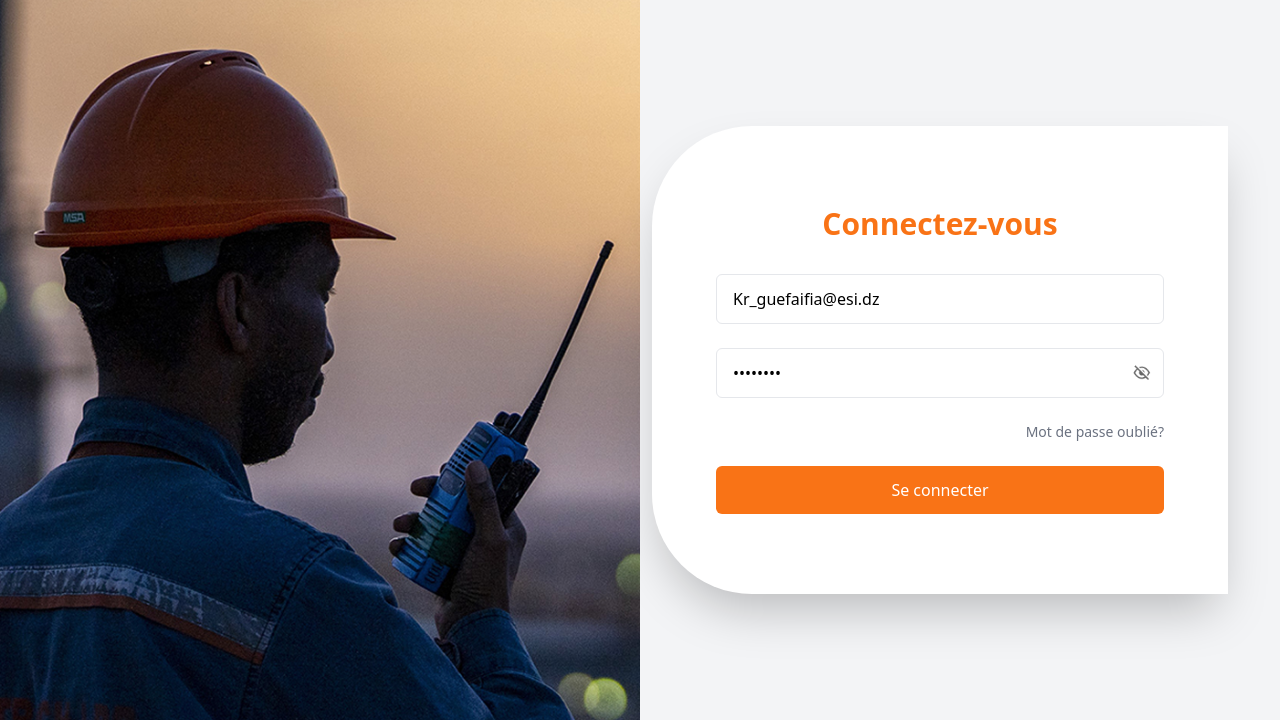
Repository: 123455675848484848484884848484/Projet_2cs
Page: / (app in front/)
These files come from the project's save history. The page is drawn as it stood at one moment and after the next save; the edit follows.
The browser window is 1280 px wide. The pictures show the whole page.
The project was rebuilt for these pictures with package versions that can differ from the ones it lists, and the page was loaded fresh each time. Also part of the build but not shown: front/src/App.css.

Above is the page before, as saved 2025-04-20 12:01:56.

### front/src/App.js

import './App.css';
// App.jsx
import React from "react";
import Login from "./Login"; // Assure-toi que le chemin est correct

function App() {
  return <Login />;
}

export default App;

### front/src/Login.jsx
import React, { useState } from "react";

const Login = () => {
  const [showPassword, setShowPassword] = useState(false);
  const [email, setEmail] = useState("Kr_guefaifia@esi.dz");
  const [error, setError] = useState("");

  const handleSubmit = (e) => {
    e.preventDefault();
    if (!email.includes("@")) {
      setError("L'adresse email doit contenir un '@'");
      return;
    }
    setError("");
    alert("Connexion réussie !");
  };

  return (
    <div className="h-screen w-screen flex bg-gray-100">
      {/* Image à gauche */}
      <div className="w-1/2 h-full">
        <img
          src="/login.png"
          alt="worker"
          className="w-full h-full object-cover"
        />
      </div>

      {/* Formulaire arrondi */}
      <div className="w-1/2 h-full flex items-center justify-center">
      <div className="bg-white rounded-l-[100px] -ml-10 shadow-2xl px-16 py-20 w-full max-w-xl">
                  <h2 className="text-3xl font-bold text-orange-500 mb-8 text-center">
            Connectez-vous
          </h2>

          <form className="space-y-6" onSubmit={handleSubmit}>
            {/* Email */}
            <div>
              <input
                type="email"
                placeholder="Email"
                value={email}
                onChange={(e) => setEmail(e.target.value)}
                className="w-full px-4 py-3 border rounded-md focus:outline-none focus:ring-2 focus:ring-orange-400"
              />
              {error && (
                <p className="text-red-500 text-sm mt-1">{error}</p>
              )}
            </div>

            {/* Mot de passe */}
            <div className="relative">
              <input
                type={showPassword ? "text" : "password"}
                placeholder="Mot de passe"
                defaultValue="password"
                className="w-full px-4 py-3 border rounded-md focus:outline-none focus:ring-2 focus:ring-orange-400"
              />
              <span
                onClick={() => setShowPassword(!showPassword)}
                className="absolute inset-y-0 right-3 flex items-center cursor-pointer"
              >
                {showPassword ? (
                  <span className="text-gray-500 text-lg">👁️</span>
                ) : (
                  <img
                    src="/icon.png"
                    alt="hidden"
                    className="w-5 h-5"
                  />
                )}
              </span>
            </div>

            {/* Mot de passe oublié */}
            <div className="text-right text-sm text-gray-500">
              <a href="#" className="hover:underline">
                Mot de passe oublié?
              </a>
            </div>

            {/* Bouton */}
            <button
              type="submit"
              className="w-full bg-orange-500 hover:bg-orange-600 text-white font-medium py-3 rounded-md transition"
            >
              Se connecter
            </button>
          </form>
        </div>
      </div>
    </div>
  );
};

export default Login;

Loaded but not shown: front/public/index.html (common file); front/src/index.js (common file); front/src/index.css (common file); front/src/reportWebVitals.js (common file); front/tailwind.config.js (common file)

After the next save:
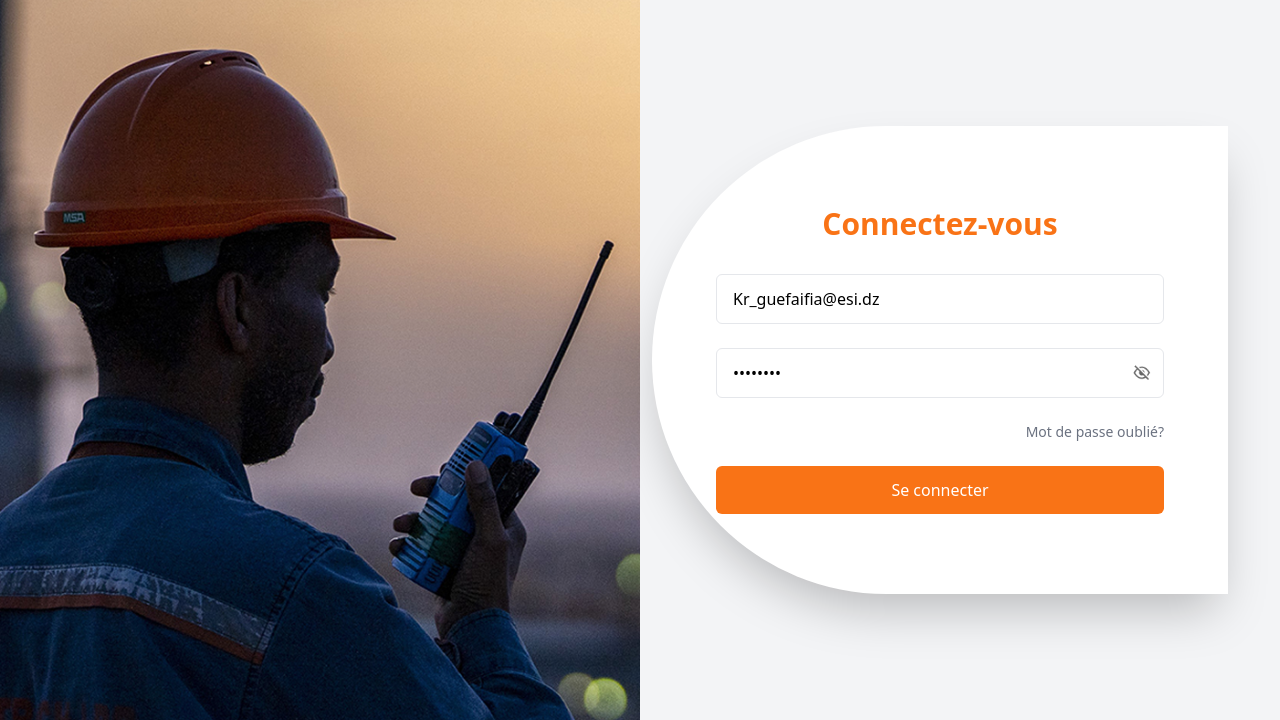
Saved 13 s later.
--- a/front/src/Login.jsx
+++ b/front/src/Login.jsx
@@ -28,7 +28,7 @@
 
       {/* Formulaire arrondi */}
       <div className="w-1/2 h-full flex items-center justify-center">
-      <div className="bg-white rounded-l-[100px] -ml-10 shadow-2xl px-16 py-20 w-full max-w-xl">
+      <div className="bg-white rounded-l-[300px] -ml-10 shadow-2xl px-16 py-20 w-full max-w-xl">
                   <h2 className="text-3xl font-bold text-orange-500 mb-8 text-center">
             Connectez-vous
           </h2>

After the save that followed:
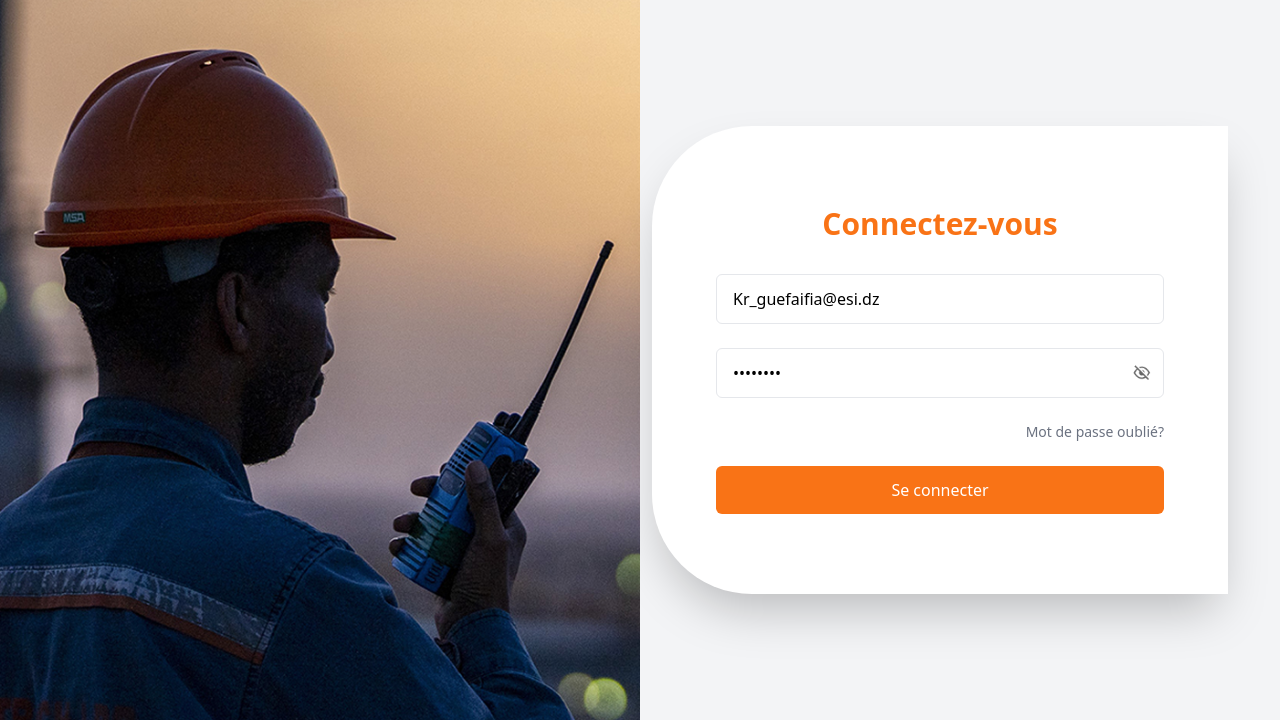
Saved 18 s later.
--- a/front/src/Login.jsx
+++ b/front/src/Login.jsx
@@ -28,7 +28,7 @@
 
       {/* Formulaire arrondi */}
       <div className="w-1/2 h-full flex items-center justify-center">
-      <div className="bg-white rounded-l-[300px] -ml-10 shadow-2xl px-16 py-20 w-full max-w-xl">
+      <div className="bg-white rounded-l-[100px] -ml-10 shadow-2xl px-16 py-20 w-full max-w-xl">
                   <h2 className="text-3xl font-bold text-orange-500 mb-8 text-center">
             Connectez-vous
           </h2>
